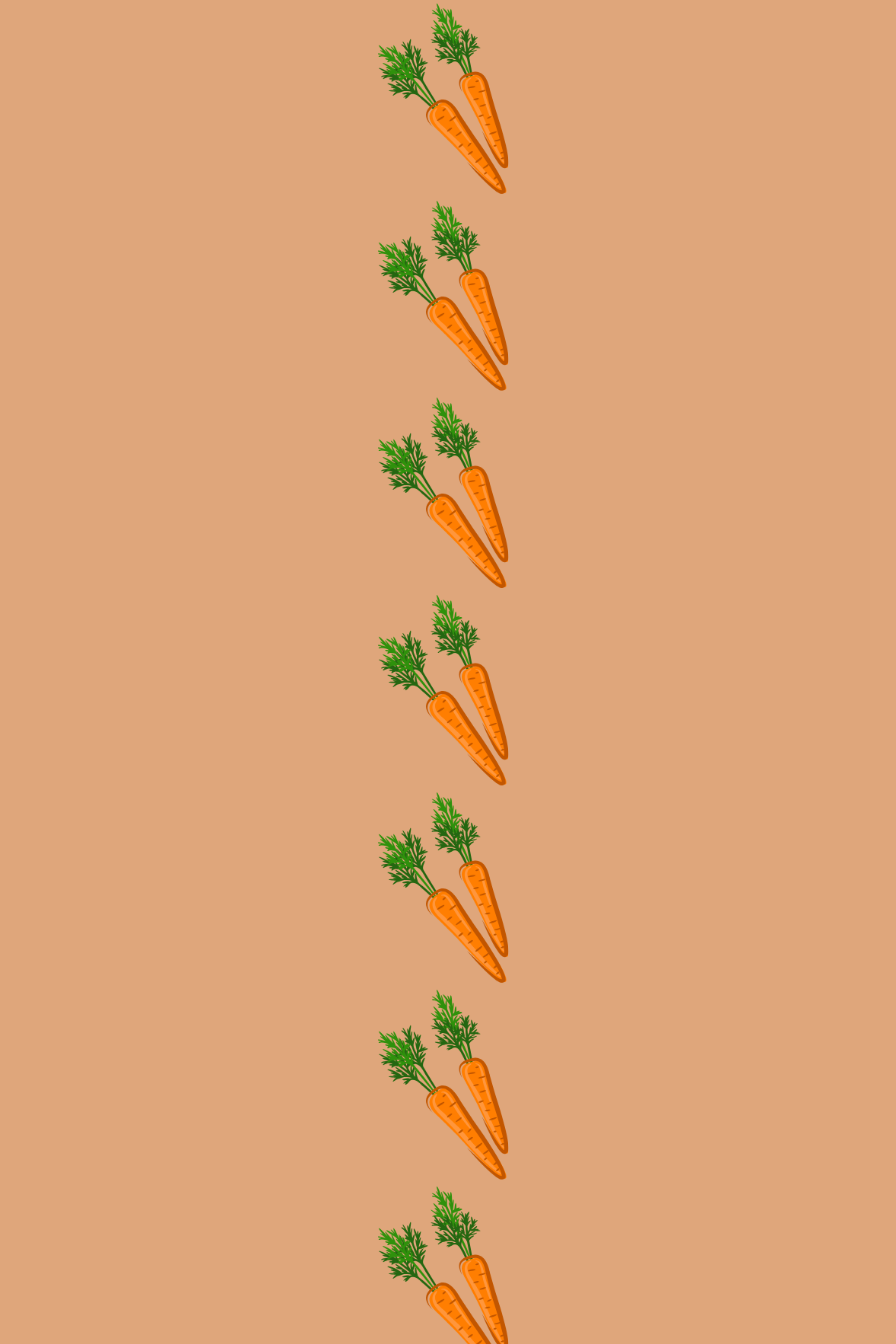
Repository: sephinejo/frontend-browser-101
Page: browser/practice-find-rabbit/index.html
The author's editor kept a copy of each file at every save. The page is drawn from the files as they stood at one save, then again after the next save.
The browser window is 1280 px wide. The pictures show the part of the page from y = 0 to 1920 px (the page is 3344 px tall), at 70% of full size.

Above is the page before, as saved 2023-05-10 21:10:33.

After the next save:
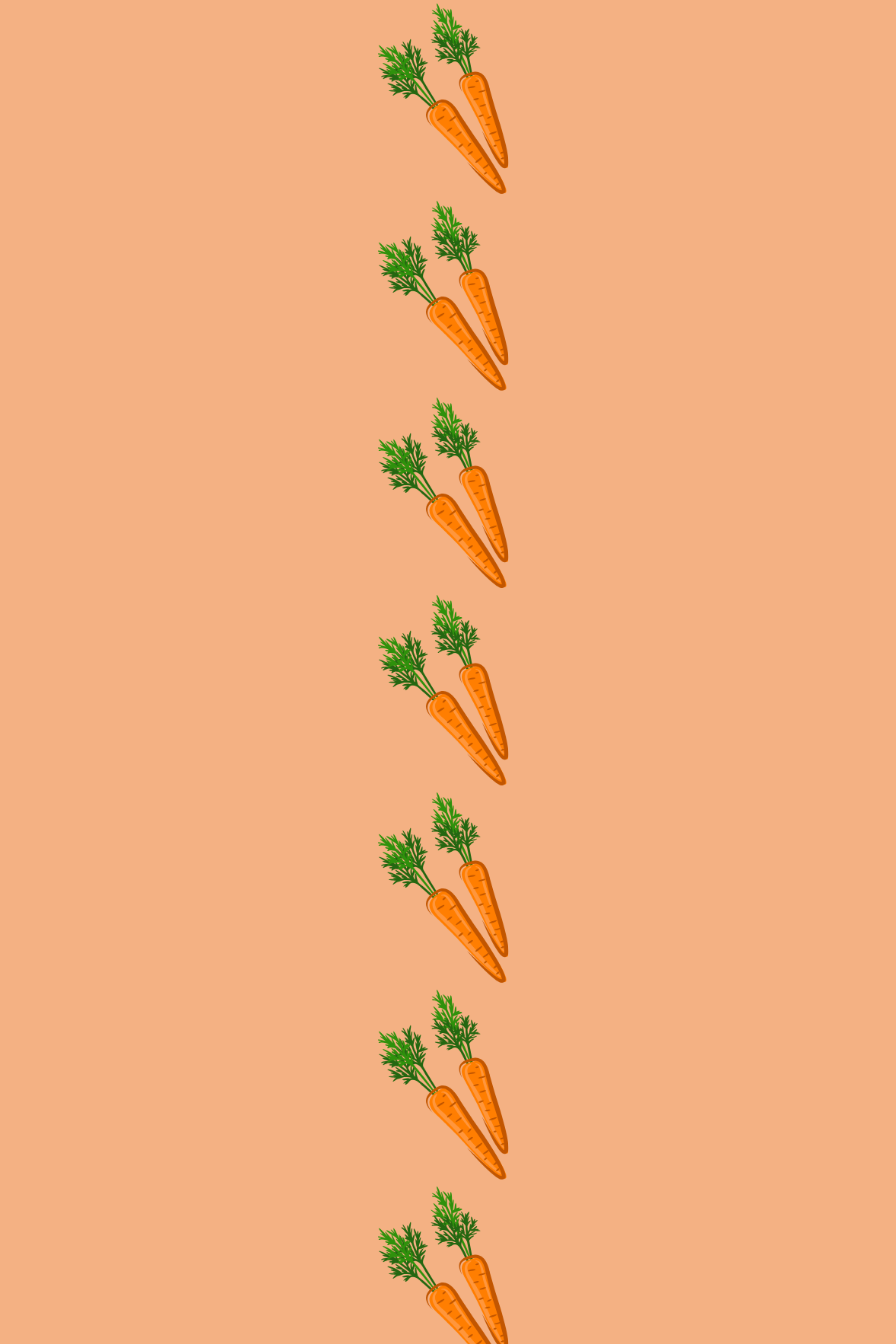
Saved 5 s later.
--- a/browser/practice-find-rabbit/index.html
+++ b/browser/practice-find-rabbit/index.html
@@ -10,7 +10,7 @@
         display: flex;
         flex-direction: column;
         align-items: center;
-        background-color: #dfa67b;
+        background-color: #f4b183;
       }
       img {
         margin: 5px;
